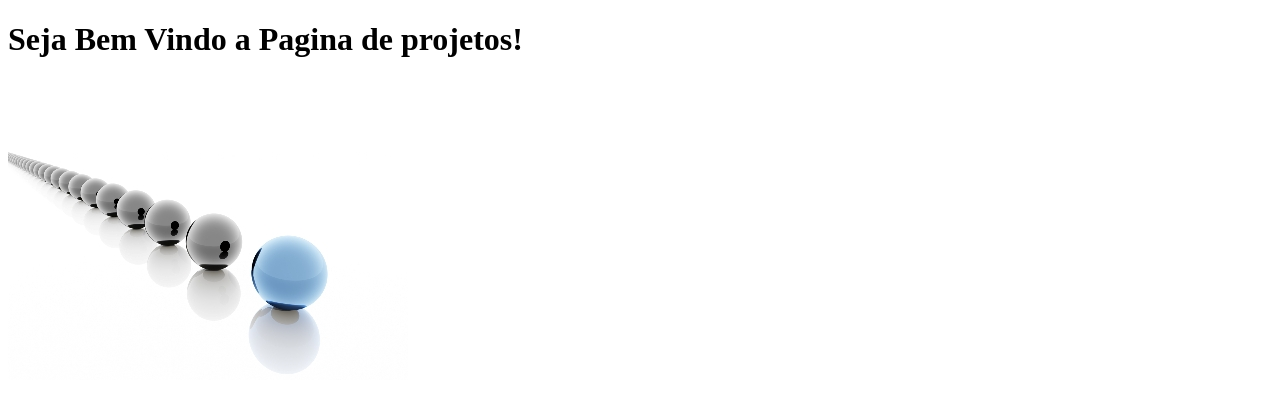
Repository: ericvinicius/cursojavaweb
Page: workspace/Projeto-Pessoal/WebContent/Main.html
These files come from the project's save history. The page is drawn as it stood at one moment and after the next save; the edit follows.
The browser window is 1280 px wide. The pictures show the whole page.

Above is the page before, as saved 2013-03-16 16:12:45.

### workspace/Projeto-Pessoal/WebContent/Main.html
<!DOCTYPE html PUBLIC "-//W3C//DTD HTML 4.01 Transitional//EN" "http://www.w3.org/TR/html4/loose.dtd">
<html>
<head>
<meta http-equiv="Content-Type" content="text/html; charset=UTF-8">
<title>Eric's Project</title>
</head>
<body>
	<h1>Seja Bem Vindo a Pagina de projetos!</h1>
	<img src="img_one.jpg">

</body>
</html>

After the next save:
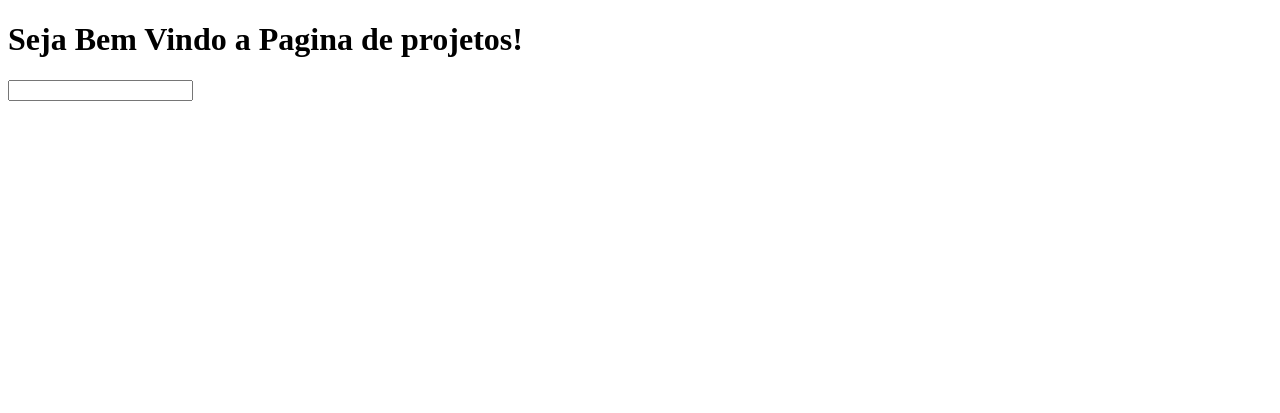
Saved 7 min 13 s later.
--- a/workspace/Projeto-Pessoal/WebContent/Main.html
+++ b/workspace/Projeto-Pessoal/WebContent/Main.html
@@ -6,7 +6,7 @@
 </head>
 <body>
 	<h1>Seja Bem Vindo a Pagina de projetos!</h1>
-	<img src="img_one.jpg">
+	<input type="text" name="nome" /> </br>
 
 </body>
 </html>
